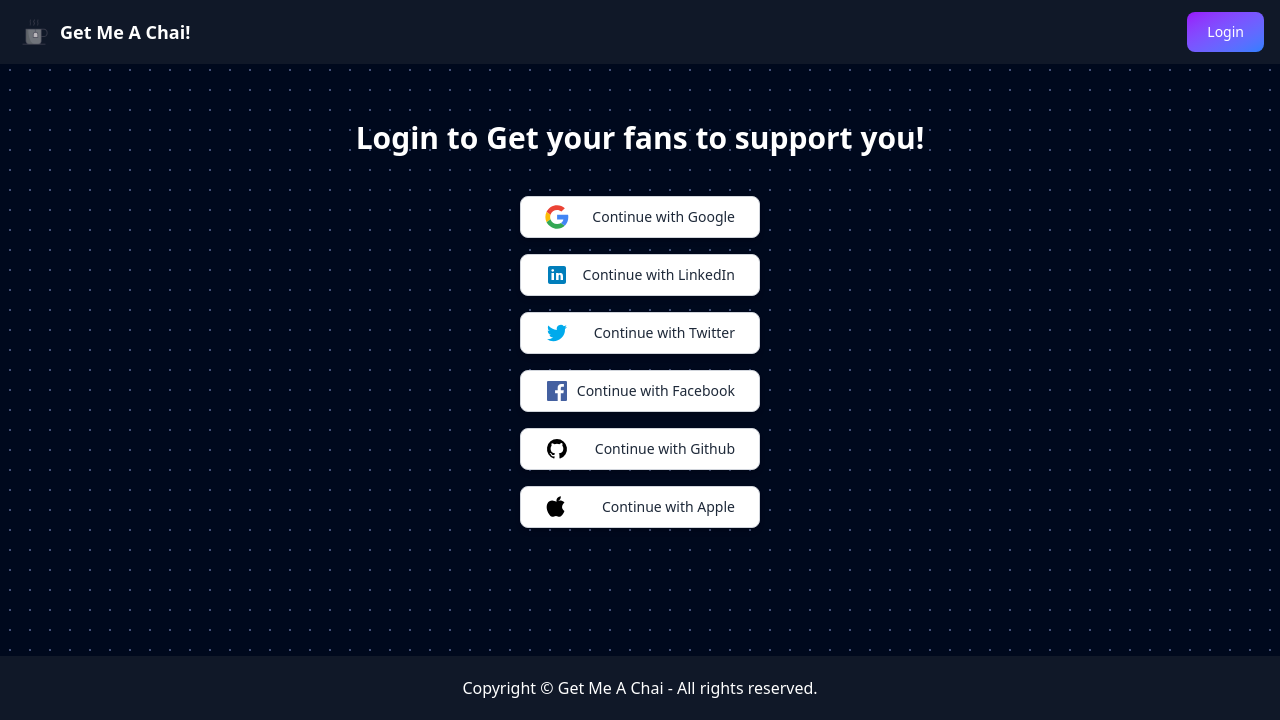
Repository: piyushsudame/patreon-clone-Get-Me-A-Chai
Page: /login
The author's editor kept a copy of each file at every save. The page is drawn from the files as they stood at one save, then again after the next save.
The browser window is 1280 px wide. The pictures show the whole page.
The page's requests for data from a server got no answer. The project was rebuilt for these pictures with package versions that can differ from the ones it lists, and the page was loaded fresh each time. The framework's server and built-in components were replaced by stand-ins that run in the browser. No one was signed in, and anything a server would have sent is missing. Also part of the build but not shown: next.config.mjs.

Above is the page before, as saved 2025-05-14 11:25:05.

### app/layout.js
import { Geist, Geist_Mono } from "next/font/google";
import "./globals.css";
import Navbar from "@/components/Navbar";
import Footer from "@/components/Footer";
import SessionWrapper from "@/components/SessionWrapper";
import ToastProvider from "@/components/ToastProvider";
import 'react-toastify/dist/ReactToastify.css';

const geistSans = Geist({
  variable: "--font-geist-sans",
  subsets: ["latin"],
});

const geistMono = Geist_Mono({
  variable: "--font-geist-mono",
  subsets: ["latin"],
});

export const metadata = {
  title: "Get Me A Chai",
  description: "This website is a crowdfunding platform for creators.",
};

export default function RootLayout({ children }) {
  return (
    <html lang="en">
      <body className={`${geistSans.variable} ${geistMono.variable} antialiased`}>
        <SessionWrapper>
          <div className="flex flex-col min-h-screen text-white  bg-blue-950 bg-[radial-gradient(#ffffff33_1px,#00091d_1px)] bg-[size:20px_20px]">
            <Navbar />
            <div className="flex-grow">
              {children}
            </div>
            <Footer />
          </div>
          <ToastProvider />
        </SessionWrapper>
      </body>
    </html>
  );
}

### app/login/page.js
"use client"
import React, { useEffect } from 'react'
import { useSession, signIn, signOut } from "next-auth/react"
import { notFound, useRouter } from 'next/navigation'

const Login = () => {
    const { data: session } = useSession();
    const router = useRouter();

    // Use useEffect for navigation instead of doing it during render
    useEffect(() => {
        // If the user is already logged in, redirect to dashboard page
        if (session) {
            router.push('/dashboard')
        }
    }, [session, router]);

    return (
        <div className='text-white py-14 container mx-auto'>
            <h1 className='text-center font-bold text-3xl'>Login to Get your fans to support you!</h1>

            <div className="social-login-buttons flex flex-col justify-center items-center">
                <div className="flex flex-col gap-4 p-10 rounded-lg w-80">
                    {/* Google */}
                    <button
                        onClick={() => {
                            // Sign in with Google
                            signIn('google', { callbackUrl: '/dashboard' });
                        }}
                        className="flex justify-between items-center bg-white border border-gray-300 rounded-lg shadow-md w-full px-6 py-2 text-sm font-medium text-gray-800 hover:bg-gray-200 focus:outline-none focus:ring-2 focus:ring-offset-2 focus:ring-gray-500"
                    >
                        <svg className="h-6 w-6" xmlns="http://www.w3.org/2000/svg" viewBox="-0.5 0 48 48">
                            <g stroke="none" strokeWidth="1" fill="none" fillRule="evenodd">
                                <path d="M9.827,24c0-1.524,0.253-2.986,0.705-4.356l-7.909-6.04C1.082,16.734,0.214,20.26,0.214,24c0,3.737,0.867,7.261,2.406,10.388l7.905-6.051C10.077,26.973,9.827,25.517,9.827,24" fill="#FBBC05" />
                                <path d="M23.714,10.133c3.311,0,6.302,1.174,8.652,3.094l6.836-6.827c-4.166-3.627-9.507-5.867-15.488-5.867c-9.287,0-17.268,5.311-21.09,13.071l7.909,6.04C12.355,14.112,17.549,10.133,23.714,10.133" fill="#EB4335" />
                                <path d="M23.714,37.867c-6.164,0-11.359-3.979-13.182-9.51l-7.909,6.038c4.822,7.761,12.803,13.072,21.09,13.072c5.732,0,11.205-2.035,15.311-5.849l-7.507-5.804c-2.118,1.334-4.786,2.052-7.804,2.052" fill="#34A853" />
                                <path d="M46.145,24c0-1.387-0.213-2.88-0.534-4.267H23.714v9.067h12.604c-0.63,3.091-2.346,5.468-4.8,7.014l7.507,5.804c4.314-4.004,7.121-9.969,7.121-17.618" fill="#4285F4" />
                            </g>
                        </svg>
                        <span>Continue with Google</span>
                    </button>

                    {/* LinkedIn */}
                    <button className="flex justify-between items-center bg-white border border-gray-300 rounded-lg shadow-md w-full px-6 py-2 text-sm font-medium text-gray-800 hover:bg-gray-200 focus:outline-none focus:ring-2 focus:ring-offset-2 focus:ring-gray-500">
                        <svg className="h-6 w-6" xmlns="http://www.w3.org/2000/svg" viewBox="0 0 24 24">
                            <path d="M19,3H5C3.895,3,3,3.895,3,5v14c0,1.105,0.895,2,2,2h14c1.105,0,2-0.895,2-2V5C21,3.895,20.105,3,19,3z M9,17H6.477v-7H9V17z M7.694,8.717c-0.771,0-1.286-0.514-1.286-1.2s0.514-1.2,1.371-1.2c0.771,0,1.286,0.514,1.286,1.2S8.551,8.717,7.694,8.717z M18,17h-2.442v-3.826c0-1.058-0.651-1.302-0.895-1.302s-1.058,0.163-1.058,1.302c0,0.163,0,3.826,0,3.826h-2.523v-7h2.523v0.977C13.93,10.407,14.581,10,15.802,10C17.023,10,18,10.977,18,13.174V17z" fill="#007EBB" />
                        </svg>
                        <span>Continue with LinkedIn</span>
                    </button>

                    {/* Twitter */}
                    <button
                        onClick={() => {
                            // Sign in with Twitter
                            signIn('twitter', { callbackUrl: '/dashboard' });
                        }}
                        className="flex justify-between items-center bg-white border border-gray-300 rounded-lg shadow-md w-full px-6 py-2 text-sm font-medium text-gray-800 hover:bg-gray-200 focus:outline-none focus:ring-2 focus:ring-offset-2 focus:ring-gray-500"
                    >
                        <svg className="h-6 w-6" xmlns="http://www.w3.org/2000/svg" viewBox="0 0 24 24">
                            <path d="M22,5.8a8.6,8.6,0,0,1-2.36.65,4.07,4.07,0,0,0,1.8-2.27,8.1,8.1,0,0,1-2.6,1,4.1,4.1,0,0,0-7,3.74A11.64,11.64,0,0,1,3.39,4.62a4.16,4.16,0,0,0-.55,2.07,4.09,4.09,0,0,0,1.82,3.41,4.05,4.05,0,0,1-1.86-.51v.05a4.1,4.1,0,0,0,3.3,4A3.93,3.93,0,0,1,5,13.81a4.9,4.9,0,0,1-.77-.07,4.11,4.11,0,0,0,3.83,2.84A8.22,8.22,0,0,1,3,18.34a7.93,7.93,0,0,1-1-.06,11.57,11.57,0,0,0,6.29,1.85A11.59,11.59,0,0,0,20,8.45c0-.17,0-.35,0-.53A8.43,8.43,0,0,0,22,5.8Z" fill="#00AAEC" />
                        </svg>
                        <span>Continue with Twitter</span>
                    </button>

                    {/* Facebook */}
                    <button
                        onClick={() => {
                            // Sign in with Facebook
                            signIn('facebook', { callbackUrl: '/dashboard' });
                        }}
                        className="flex justify-between items-center bg-white border border-gray-300 rounded-lg shadow-md w-full px-6 py-2 text-sm font-medium text-gray-800 hover:bg-gray-200 focus:outline-none focus:ring-2 focus:ring-offset-2 focus:ring-gray-500"
                    >
                        <svg className="h-6 w-6" xmlns="http://www.w3.org/2000/svg" viewBox="0 0 24 24">
                            <path d="M20.9,2H3.1A1.1,1.1,0,0,0,2,3.1V20.9A1.1,1.1,0,0,0,3.1,22h9.58V14.25h-2.6v-3h2.6V9a3.64,3.64,0,0,1,3.88-4,20.26,20.26,0,0,1,2.33.12v2.7H17.3c-1.26,0-1.5.6-1.5,1.47v1.93h3l-.39,3H15.8V22h5.1A1.1,1.1,0,0,0,22,20.9V3.1A1.1,1.1,0,0,0,20.9,2Z" fill="#4460A0" />
                        </svg>
                        <span>Continue with Facebook</span>
                    </button>

                    {/* Github */}
                    <button
                        onClick={() => {
                            // Sign in with GitHub
                            signIn('github', { callbackUrl: '/dashboard' });
                        }}
                        className="flex justify-between items-center bg-white border border-gray-300 rounded-lg shadow-md w-full px-6 py-2 text-sm font-medium text-gray-800 hover:bg-gray-200 focus:outline-none focus:ring-2 focus:ring-offset-2 focus:ring-gray-500"
                    >
                        <svg className="h-6 w-6" xmlns="http://www.w3.org/2000/svg" viewBox="0 0 24 24">
                            <path d="M12,2A10,10,0,0,0,8.84,21.5c.5.08.66-.23.66-.5V19.31C6.73,19.91,6.14,18,6.14,18A2.69,2.69,0,0,0,5,16.5c-.91-.62.07-.6.07-.6a2.1,2.1,0,0,1,1.53,1,2.15,2.15,0,0,0,2.91.83,2.16,2.16,0,0,1,.63-1.34C8,16.17,5.62,15.31,5.62,11.5a3.87,3.87,0,0,1,1-2.71,3.58,3.58,0,0,1,.1-2.64s.84-.27,2.75,1a9.63,9.63,0,0,1,5,0c1.91-1.29,2.75-1,2.75-1a3.58,3.58,0,0,1,.1,2.64,3.87,3.87,0,0,1,1,2.71c0,3.82-2.34,4.66-4.57,4.91a2.39,2.39,0,0,1,.69,1.85V21c0,.27.16.59.67.5A10,10,0,0,0,12,2Z" fill="#000000" />
                        </svg>
                        <span>Continue with Github</span>
                    </button>

                    {/* Apple */}
                    <button className="flex justify-between items-center bg-white border border-gray-300 rounded-lg shadow-md w-full px-6 py-2 text-sm font-medium text-gray-800 hover:bg-gray-200 focus:outline-none focus:ring-2 focus:ring-offset-2 focus:ring-gray-500">
                        <svg className="h-6 w-6" xmlns="http://www.w3.org/2000/svg" viewBox="0 0 24 24">
                            <path d="M17.05,12.04c-0.03-2.89,2.35-4.27,2.46-4.34c-1.34-1.96-3.43-2.23-4.17-2.26c-1.76-0.18-3.46,1.04-4.36,1.04 c-0.91,0-2.3-1.02-3.79-0.99C5.23,5.52,3.51,6.57,2.58,8.2C0.66,11.51,2.07,16.39,3.93,19.08c0.92,1.34,2.01,2.83,3.44,2.77 c1.39-0.06,1.91-0.89,3.59-0.89c1.67,0,2.14,0.89,3.61,0.86c1.49-0.03,2.44-1.35,3.35-2.7c1.07-1.54,1.5-3.05,1.52-3.13 C19.4,15.98,17.08,14.37,17.05,12.04z M14.69,4.7c0.75-0.92,1.26-2.19,1.12-3.47c-1.08,0.05-2.43,0.73-3.2,1.63 c-0.69,0.8-1.3,2.1-1.14,3.33C12.66,6.27,13.92,5.62,14.69,4.7z" fill="#000000" />
                        </svg>
                        <span>Continue with Apple</span>
                    </button>
                </div>
            </div>
        </div>
    )
}

export default Login

### app/globals.css
@import "tailwindcss";

.invertImg{
    filter: invert(0.23)
}

### components/Navbar.js
"use client"
import React, { useState } from 'react'
import { useSession, signIn, signOut } from "next-auth/react"
import Link from 'next/link'

const Navbar = () => {
  const { data: session, status } = useSession()
  const [menuOpen, setMenuOpen] = useState(false)

  return (
    <nav className='bg-gray-900 text-white flex flex-wrap justify-between px-4 py-3 items-center relative'>
      <div className='text-lg logo font-bold flex justify-center items-center'>
        <Link className='flex justify-center items-center gap-2' href={'/'}>
          <span><img width={36} height={36} src="/tea.gif" alt="" className="invertImg min-w-[36px]" /></span>
          <span className="text-base sm:text-lg whitespace-nowrap">Get Me A Chai!</span>
        </Link>
      </div>

      {/* Mobile menu button */}
      <button
        className="md:hidden flex items-center px-3 py-2 border rounded text-gray-300 border-gray-400 hover:text-white hover:border-white"
        onClick={() => setMenuOpen(!menuOpen)}
      >
        <svg className="fill-current h-4 w-4" viewBox="0 0 20 20" xmlns="http://www.w3.org/2000/svg">
          <title>Menu</title>
          <path d="M0 3h20v2H0V3zm0 6h20v2H0V9zm0 6h20v2H0v-2z"/>
        </svg>
      </button>

      {/* Menu items */}
      <div className={`${menuOpen ? 'block' : 'hidden'} md:flex w-full md:w-auto md:items-center mt-4 md:mt-0`}>
        {status === "loading" ? (
          <div className="animate-pulse">Loading...</div>
        ) : session ? (
          <div className="flex flex-col md:flex-row items-start md:items-center gap-4">
            <Link href={`/${session.user.name?.replace(/\s+/g, '-').toLowerCase()}`} className="flex items-center gap-2">
              {session.user.image && (
                <img
                  src={session.user.image}
                  alt={session.user.name || "User"}
                  className="w-8 h-8 rounded-full"
                />
              )}
              <span className="truncate max-w-[150px]">{session.user.name || session.user.email}</span>
            </Link>
            <Link href={'/dashboard'} className="w-full md:w-auto">
              <button type="button" className="w-full md:w-auto text-white bg-gradient-to-br from-purple-600 to-blue-500 hover:bg-gradient-to-bl focus:ring-4 focus:outline-none focus:ring-blue-300 dark:focus:ring-blue-800 font-medium rounded-lg text-sm px-5 py-2.5 text-center">Dashboard</button>
            </Link>
            <button
              onClick={() => signOut({ callbackUrl: '/' })}
              className="w-full md:w-auto text-white bg-gradient-to-br from-red-500 to-pink-500 hover:bg-gradient-to-bl focus:ring-4 focus:outline-none focus:ring-red-300 font-medium rounded-lg text-sm px-5 py-2.5 text-center"
            >
              Sign out
            </button>
          </div>
        ) : (
          <Link href={"/login"} className="w-full md:w-auto">
            <button type="button" className="w-full md:w-auto text-white bg-gradient-to-br from-purple-600 to-blue-500 hover:bg-gradient-to-bl focus:ring-4 focus:outline-none focus:ring-blue-300 dark:focus:ring-blue-800 font-medium rounded-lg text-sm px-5 py-2.5 text-center">Login</button>
          </Link>
        )}
      </div>
    </nav>
  )
}

export default Navbar

### components/Footer.js
import React from 'react'

const Footer = () => {
  return (
    <footer className='bg-gray-900 text-white flex justify-center px-4 h-16 items-center'>
        <p className=''>Copyright &copy; Get Me A Chai - All rights reserved.</p>
    </footer>
  )
}

export default Footer

### components/SessionWrapper.js
"use client"
import React from 'react'
import { SessionProvider } from "next-auth/react"

const SessionWrapper = ({children}) => {
  return (
    <SessionProvider
      // Adding session configuration options
      options={{
        staleTime: 0, // Time in seconds after which the session is considered stale
        refetchInterval: 5 * 60, // Refetch session every 5 minutes
        refetchOnWindowFocus: true, // Refetch when window gets focus
        clientMaxAge: 0 // Force a session refresh on client side
      }}
    >
      {children}
    </SessionProvider>
  )
}

export default SessionWrapper

### components/ToastProvider.js
'use client';

import { ToastContainer } from 'react-toastify';

export default function ToastProvider() {
  return (
    <ToastContainer
      position="top-right"
      autoClose={5000}
      hideProgressBar={false}
      newestOnTop
      closeOnClick
      rtl={false}
      pauseOnFocusLoss
      draggable
      pauseOnHover
      theme="dark"
    />
  );
}

After the next save:
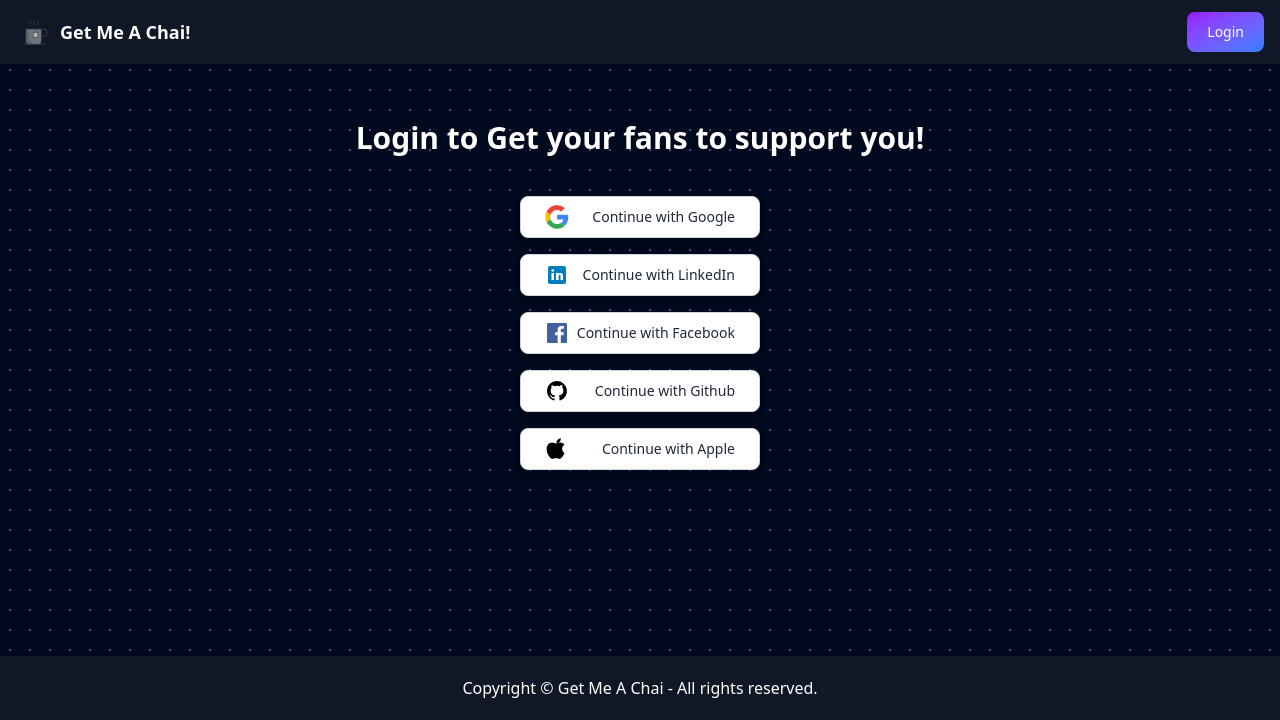
Saved 1 s later.
--- a/app/login/page.js
+++ b/app/login/page.js
@@ -48,19 +48,7 @@ const Login = () => {
                         <span>Continue with LinkedIn</span>
                     </button>
 
-                    {/* Twitter */}
-                    <button
-                        onClick={() => {
-                            // Sign in with Twitter
-                            signIn('twitter', { callbackUrl: '/dashboard' });
-                        }}
-                        className="flex justify-between items-center bg-white border border-gray-300 rounded-lg shadow-md w-full px-6 py-2 text-sm font-medium text-gray-800 hover:bg-gray-200 focus:outline-none focus:ring-2 focus:ring-offset-2 focus:ring-gray-500"
-                    >
-                        <svg className="h-6 w-6" xmlns="http://www.w3.org/2000/svg" viewBox="0 0 24 24">
-                            <path d="M22,5.8a8.6,8.6,0,0,1-2.36.65,4.07,4.07,0,0,0,1.8-2.27,8.1,8.1,0,0,1-2.6,1,4.1,4.1,0,0,0-7,3.74A11.64,11.64,0,0,1,3.39,4.62a4.16,4.16,0,0,0-.55,2.07,4.09,4.09,0,0,0,1.82,3.41,4.05,4.05,0,0,1-1.86-.51v.05a4.1,4.1,0,0,0,3.3,4A3.93,3.93,0,0,1,5,13.81a4.9,4.9,0,0,1-.77-.07,4.11,4.11,0,0,0,3.83,2.84A8.22,8.22,0,0,1,3,18.34a7.93,7.93,0,0,1-1-.06,11.57,11.57,0,0,0,6.29,1.85A11.59,11.59,0,0,0,20,8.45c0-.17,0-.35,0-.53A8.43,8.43,0,0,0,22,5.8Z" fill="#00AAEC" />
-                        </svg>
-                        <span>Continue with Twitter</span>
-                    </button>
+
 
                     {/* Facebook */}
                     <button
